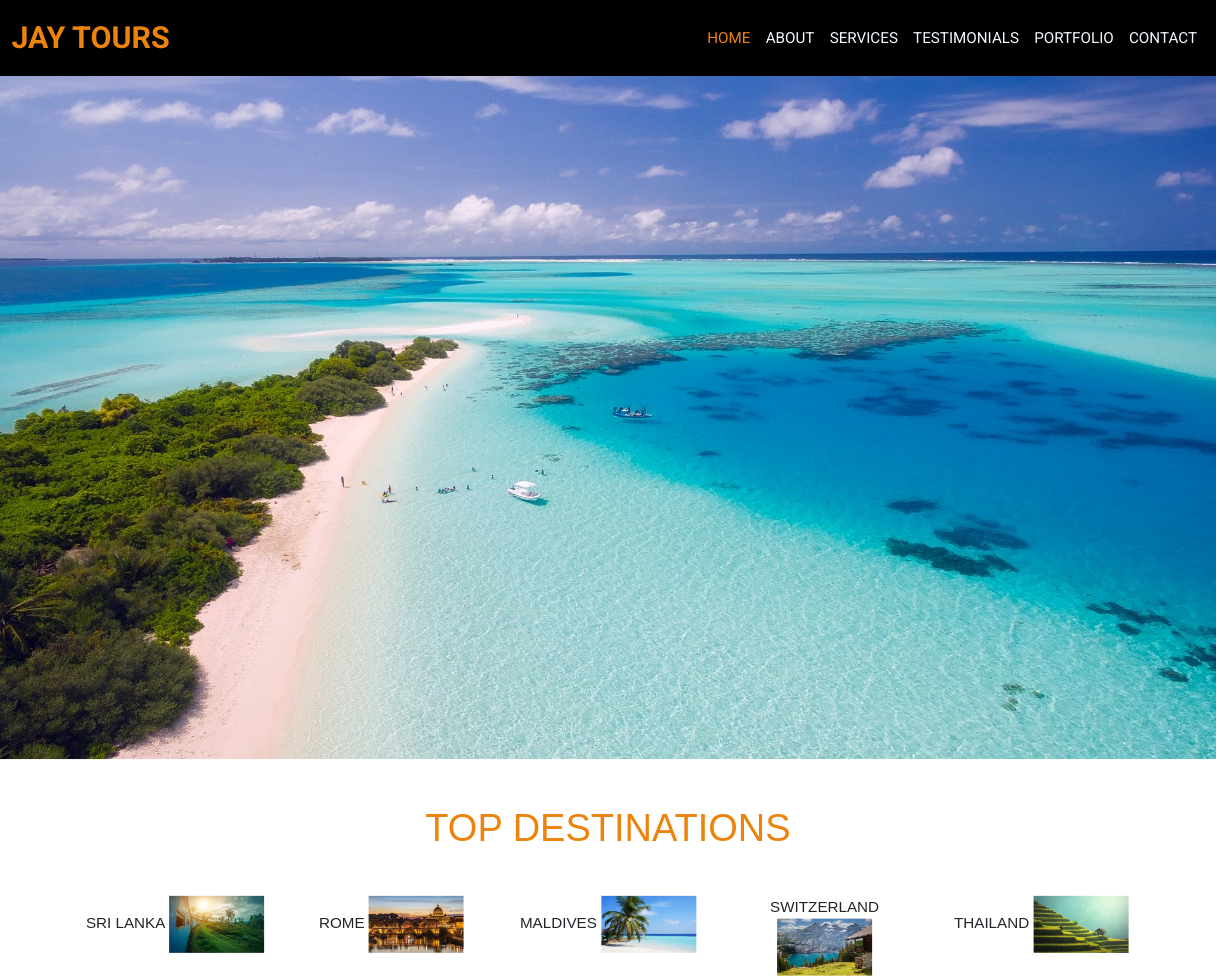
Repository: kasundiudn/Jay-Travel
Page: index.html
An editor plug-in stored every save of this project. The page is shown before and after the next save, followed by the edit.
The browser window is 1280 px wide. The pictures show the whole page, at 95% of full size.

Above is the page before, as saved 2025-06-26 10:34:20.

### index.html
<!doctype html>
<html lang="en">
  <head>
    <meta charset="utf-8">
    <meta name="viewport" content="width=device-width, initial-scale=1">
    <title>Bootstrap demo</title>
    <link rel="preconnect" href="https://fonts.googleapis.com">
<link rel="preconnect" href="https://fonts.gstatic.com" crossorigin>
<link href="https://fonts.googleapis.com/css2?family=Montserrat:ital,wght@0,100..900;1,100..900&family=Roboto:ital,wght@0,100..900;1,100..900&display=swap" rel="stylesheet">
    <link rel="preconnect" href="https://fonts.googleapis.com">
    <link rel="preconnect" href="https://fonts.gstatic.com" crossorigin>
    <link href="https://fonts.googleapis.com/css2?family=Roboto:ital,wght@0,100..900;1,100..900&display=swap" rel="stylesheet">
    <link href="https://cdn.jsdelivr.net/npm/bootstrap@5.3.7/dist/css/bootstrap.min.css" rel="stylesheet" integrity="sha384-LN+7fdVzj6u52u30Kp6M/trliBMCMKTyK833zpbD+pXdCLuTusPj697FH4R/5mcr" crossorigin="anonymous">
  <style>
    header{  font-family: "Roboto", sans-serif;
           }
    .nav-link{
        color: aliceblue;
    }
    body{
        font-family: "Rboto", sans-serif;
    }

  </style>
  </head>
  <body>
<header>
    <nav class="navbar navbar-expand-lg " style="background-color: black; height: 80px;">
  <div class="container-fluid">
    <a class="navbar-brand" href="#" style="color: #eb830c; font-weight: bold;  font-size:xx-large;">JAY TOURS</a>
    <button class="navbar-toggler" type="button" data-bs-toggle="collapse" data-bs-target="#navbarSupportedContent" aria-controls="navbarSupportedContent" aria-expanded="false" aria-label="Toggle navigation">
      <span class="navbar-toggler-icon"></span>
    </button>
    <div class="collapse navbar-collapse justify-content-end" id="navbarSupportedContent">
      <ul class="navbar-nav mb-2 mb-lg-0">
        <li class="nav-item">
          <a class="nav-link active" aria-current="page" href="#" style="color: #eb830c;">HOME</a>
        </li>
        <li class="nav-item">
          <a class="nav-link" href="#">ABOUT</a>
        </li>
         <li class="nav-item">
          <a class="nav-link" href="#">SERVICES</a>
        </li>
         <li class="nav-item">
          <a class="nav-link" href="#">TESTIMONIALS</a>
        </li>
         <li class="nav-item">
          <a class="nav-link" href="#">PORTFOLIO</a>
        </li>
         <li class="nav-item">
          <a class="nav-link" href="#">CONTACT</a>
        </li>
    </div>
  </div>
</nav>
</header>
<img src="main.jpg" alt="Beach image" style="width: 100%; height: auto;">

<div class="container text-center my-5">
  <h1 style="color: #eb830c;">TOP DESTINATIONS</h1></div>


<div class="container text-center">
  <div class="row">
    <div class="col">
      SRI LANKA
      <img src="Sri Lanka.jpg" alt="SRI LANKA" style="width: 100px; height: 60px;">
    </div>
    <div class="col">
      ROME
      <img src="Rome.jpg" alt="ROME" style="width: 100px; height: 60px;">
    </diV>
    <div class="col">
      MALDIVES
      <img src="Maldives.jpg" alt="MALDIVES" style="width: 100px; height: 60px;">
    </div>
    <div class="col">
      SWITZERLAND
        <img src="Switzerland.jpg" alt="SWITZERLAND" style="width: 100px; height: 60px;">
    </div>
    <div class="col">
      THAILAND
        <img src="Thailand.jpg" alt="THAILAND" style="width: 100px; height: 60px;">
    </div>
  </div>
</div>

    <script src="https://cdn.jsdelivr.net/npm/@popperjs/core@2.11.8/dist/umd/popper.min.js" integrity="sha384-I7E8VVD/ismYTF4hNIPjVp/Zjvgyol6VFvRkX/vR+Vc4jQkC+hVqc2pM8ODewa9r" crossorigin="anonymous"></script>
<script src="https://cdn.jsdelivr.net/npm/bootstrap@5.3.7/dist/js/bootstrap.min.js" integrity="sha384-7qAoOXltbVP82dhxHAUje59V5r2YsVfBafyUDxEdApLPmcdhBPg1DKg1ERo0BZlK" crossorigin="anonymous"></script>
  </body>
</html>

After the next save:
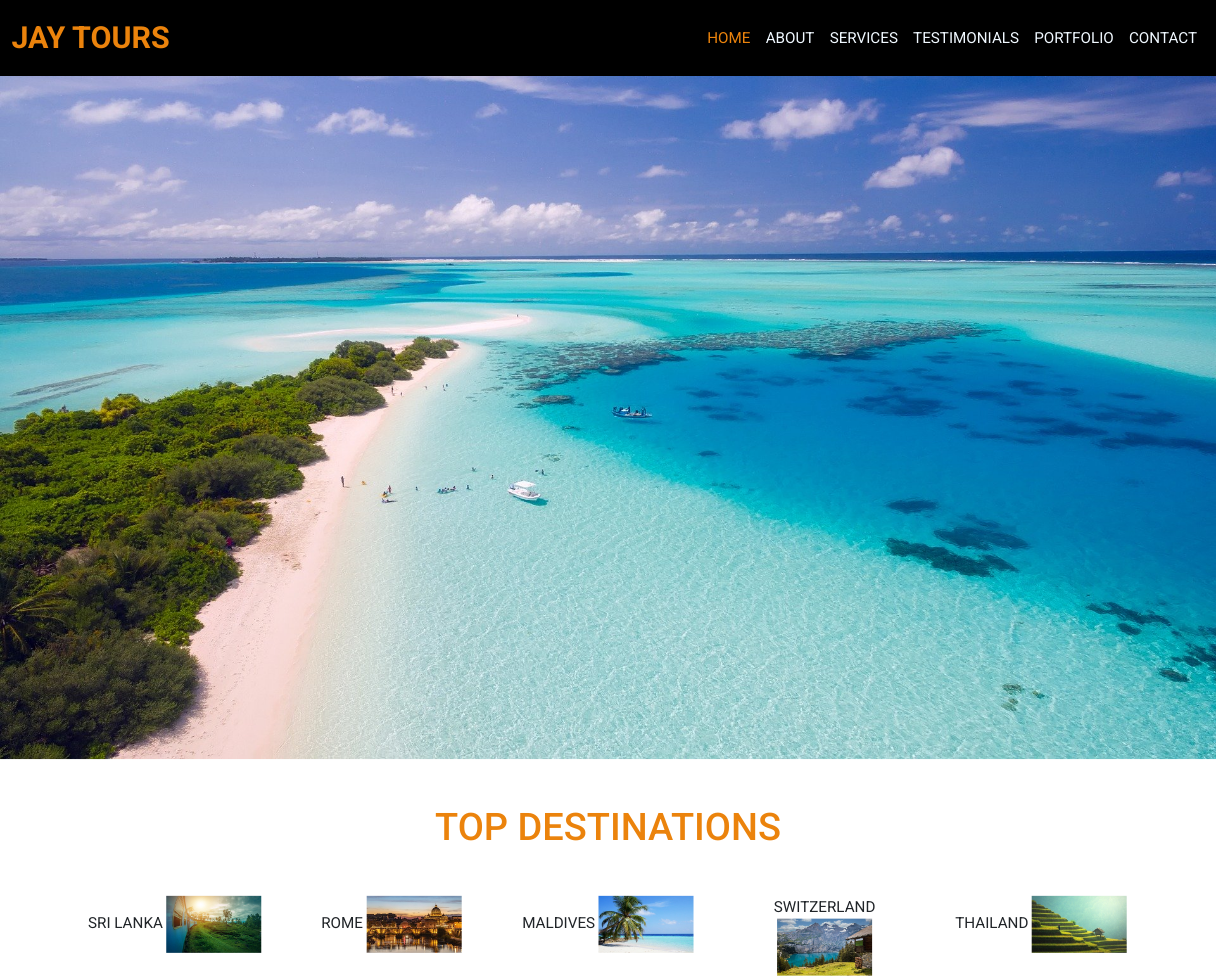
Saved 6 s later.
--- a/index.html
+++ b/index.html
@@ -18,7 +18,7 @@
         color: aliceblue;
     }
     body{
-        font-family: "Rboto", sans-serif;
+        font-family: "Roboto", sans-serif;
     }
 
   </style>
